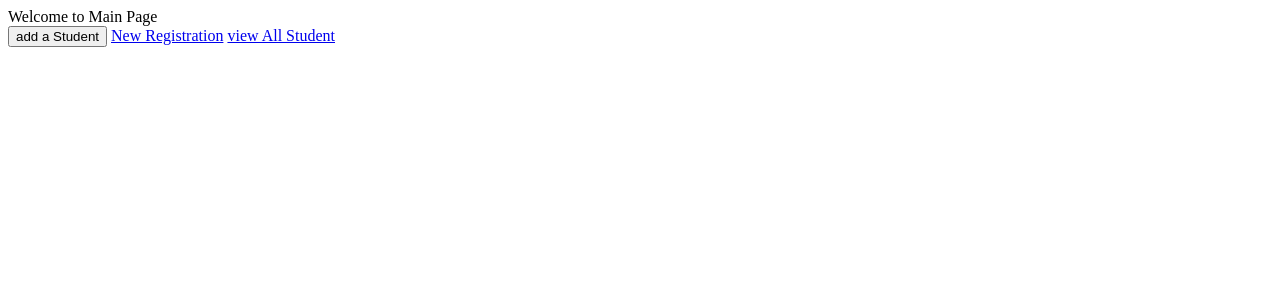
Repository: Aviligonda/Servlet_Programs
Page: http://localhost/StudentManagementSystem/
The author's editor kept a copy of each file at every save. The page is drawn from the files as they stood at one save, then again after the next save.
The browser window is 1280 px wide. The pictures show the whole page.
The page is served by Tomcat 9.

Above is the page before, as saved 2024-11-23 15:21:59.

### StudentManagementSystem/src/main/webapp/index.jsp
<%@ page language="java" contentType="text/html; charset=UTF-8"
    pageEncoding="UTF-8"%>
<!DOCTYPE html>
<html>
<head>
<meta charset="UTF-8">
<title>Main Page</title>
</head>
<body>
<%="Welcome to Main Page "%>
<form action="register.html">
<input type="submit" value= "add a Student">
<a href="register.html">New Registration</a>
<a href="viewStudebt.jsp">view All Student</a>
</form>
</body>
</html>

After the next save:
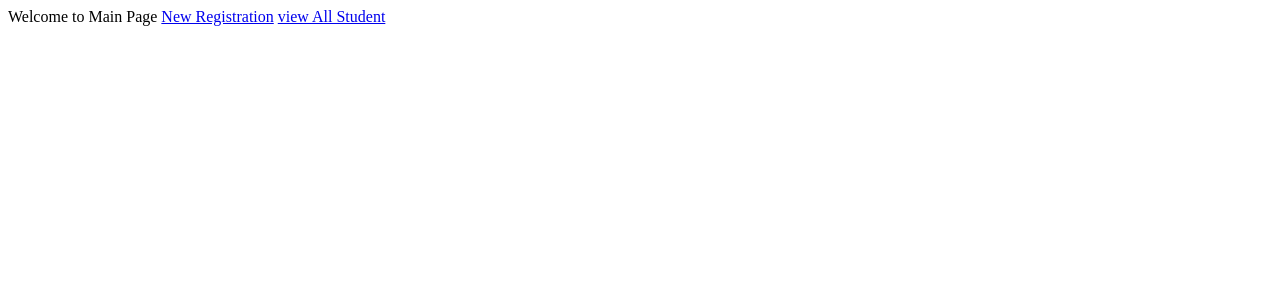
Saved 8 s later.
--- a/StudentManagementSystem/src/main/webapp/index.jsp
+++ b/StudentManagementSystem/src/main/webapp/index.jsp
@@ -8,8 +8,6 @@
 </head>
 <body>
 <%="Welcome to Main Page "%>
-<form action="register.html">
-<input type="submit" value= "add a Student">
 <a href="register.html">New Registration</a>
 <a href="viewStudebt.jsp">view All Student</a>
 </form>
